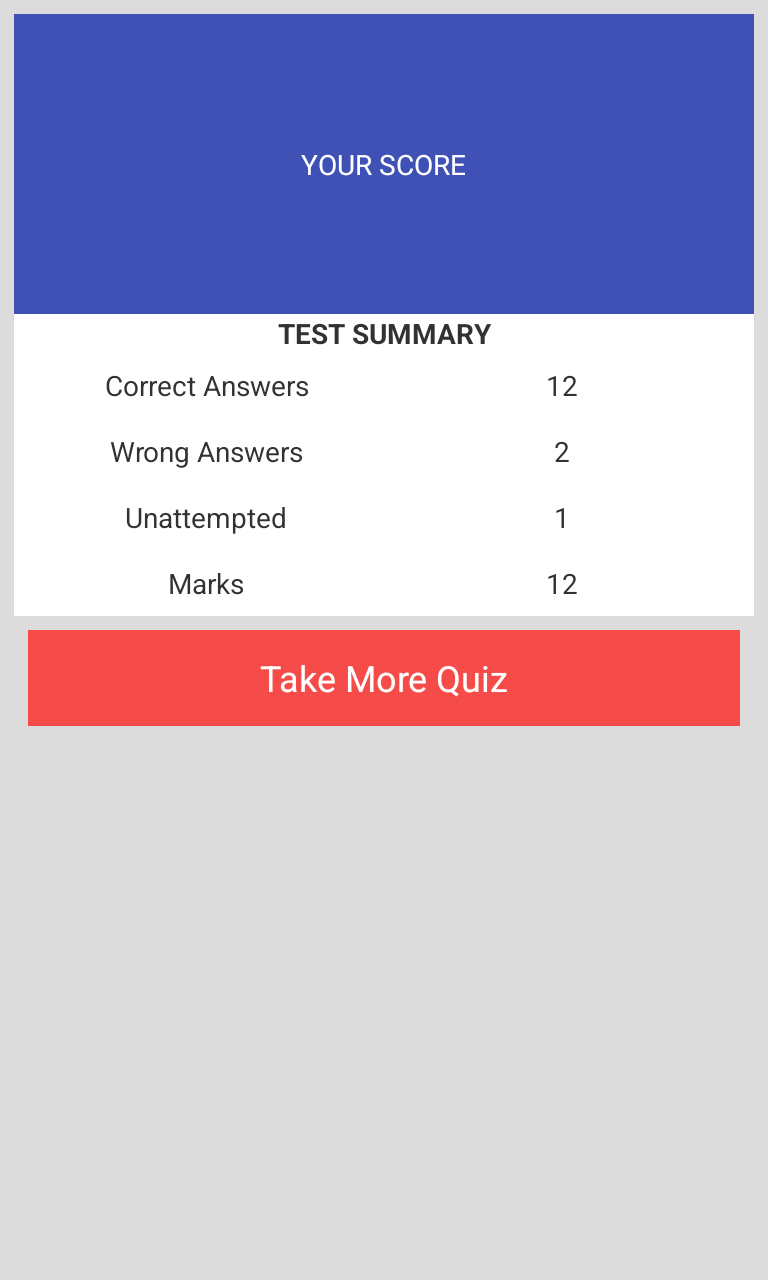
Repository: Harshil737/Career-Launcher
Layout: CareerLauncher/res/layout/activity_test_result_page.xml
An editor plug-in stored every save of this project. The layout is shown before and after the next save, followed by the edit.
It is drawn on a 768 x 1280 px phone screen (xhdpi) without system bars, with theme AppTheme; the app's code is not run.

Above is the layout before, as saved 2017-11-04 13:12:48.

After the next save:
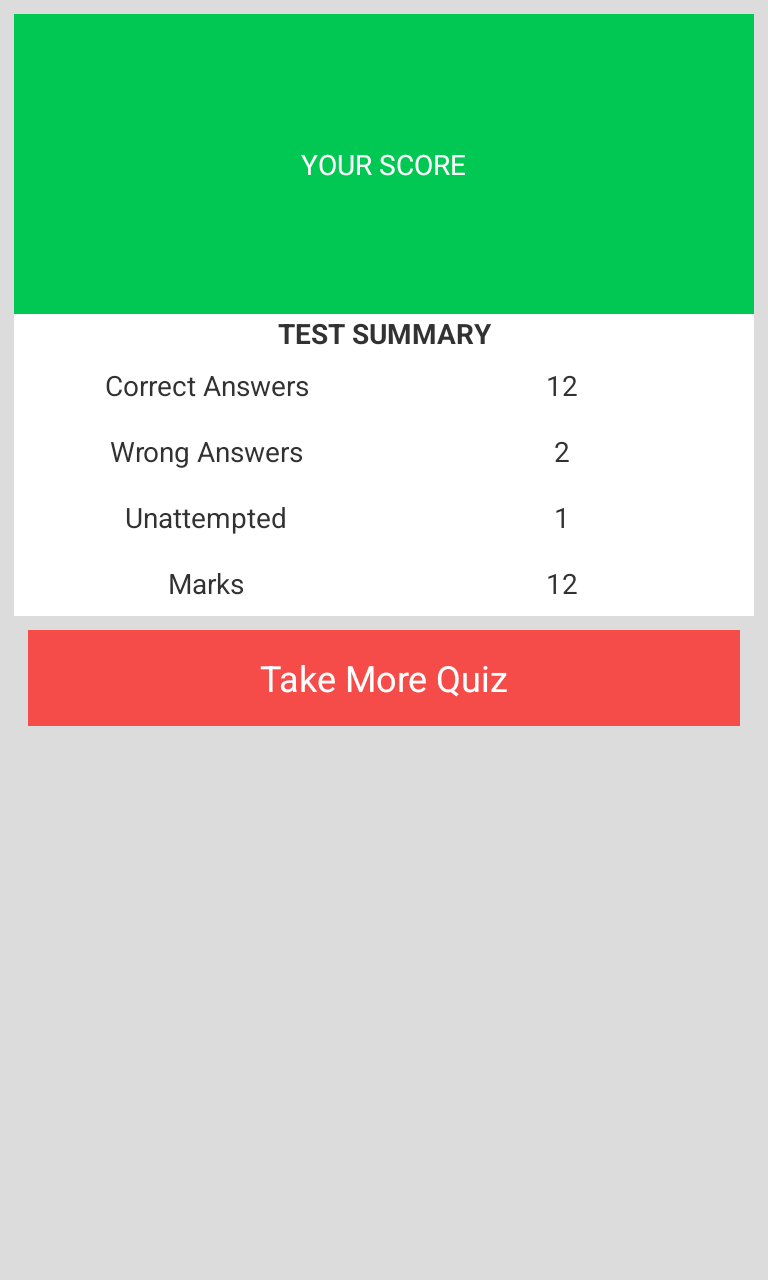
Saved 9 s later.
--- a/CareerLauncher/res/layout/activity_test_result_page.xml
+++ b/CareerLauncher/res/layout/activity_test_result_page.xml
@@ -13,7 +13,7 @@
         android:id="@+id/test_result_page_tmp1"
         android:layout_width="match_parent"
         android:layout_height="150dp"
-        android:background="@color/colorPrimary" >
+        android:background="@color/lightGreen" >
 
         <TextView
             android:layout_width="wrap_content"
